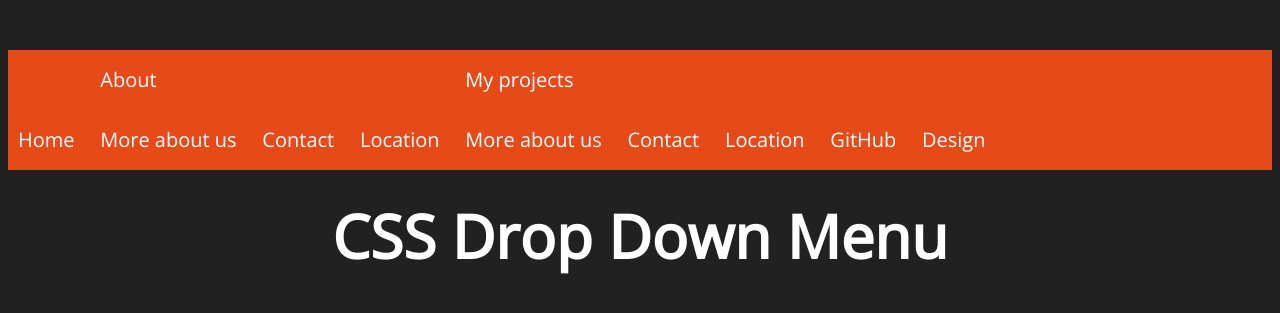
Repository: alikahwaji/HTML-CSS-workshop
Page: index.html
An editor plug-in stored every save of this project. The page is shown before and after the next save, followed by the edit.
The browser window is 1280 px wide. The pictures show the whole page.

Above is the page before, as saved 2019-10-29 12:05:38.

### index.html
<!DOCTYPE html>
<!--[if lt IE 7]>      <html class="no-js lt-ie9 lt-ie8 lt-ie7"> <![endif]-->
<!--[if IE 7]>         <html class="no-js lt-ie9 lt-ie8"> <![endif]-->
<!--[if IE 8]>         <html class="no-js lt-ie9"> <![endif]-->
<!--[if gt IE 8]><!--> <html class="no-js"> <!--<![endif]-->
    <head>
        <meta charset="utf-8">
        <meta http-equiv="X-UA-Compatible" content="IE=edge">
        <title></title>
        <meta name="description" content="">
        <meta name="viewport" content="width=device-width, initial-scale=1">
        <link rel="stylesheet" href="index.css">
    </head>
    <body>
        <div id="container">
            <nav>
                <ul>
                    <li><a href="#">Home</a></li>
                    <li><a href="#">About</a>
                        <!-- About dropdown list  -->
                        <ul>
                            <li><a href="#">More about us</a></li>
                            <li><a href="#">Contact</a></li>
                            <li><a href="#">Location</a></li>
                        </ul>
                    </li>
                    <li><a href="#">My projects</a>
                        <!-- My projects dropdown list -->
                        <ul>
                                <li><a href="#">More about us</a></li>
                                <li><a href="#">Contact</a></li>
                                <li><a href="#">Location</a></li>
                        </ul>
                    </li>
                    <li><a href="#">GitHub</a></li>
                    <li><a href="#">Design</a></li>
                </ul>
            </nav>
            <h1>CSS Drop Down Menu</h1>
        </div>
    </body>
</html>

### index.css
@import url(https://fonts.googleapis.com/css?family=Open+Sans);
@import url(https://fonts.googleapis.com/css?family=Bree+Serif);

body{
    background: #212121;
    font-size: 22px;
    line-height: 32px;
    color: #ffffff;
    word-wrap: break-word !important;
    font-family: "Open Sans", sans-serif;
}

h1 {
    font-size: 60px;
    text-align: center;
    color: #fff;
}

a {
    color: #fff;
}

#container{
    margin: 0 auto;
}

nav {
    margin: 50px 0;
    background-color: #e64a19;
}

nav ul {
    padding: 0;
    margin: 0;
    list-style: none;
    position: relative;
}

nav ul li {
    display: inline-block;
    background-color: #e64a19;
}

nav a {
    display: block;
    padding: 0 10px;
    color: #fff;
    font-size: 20px;
    line-height: 60px;
    text-decoration: none;
}

nav a:hover{
    background-color: #000000;
}

After the next save:
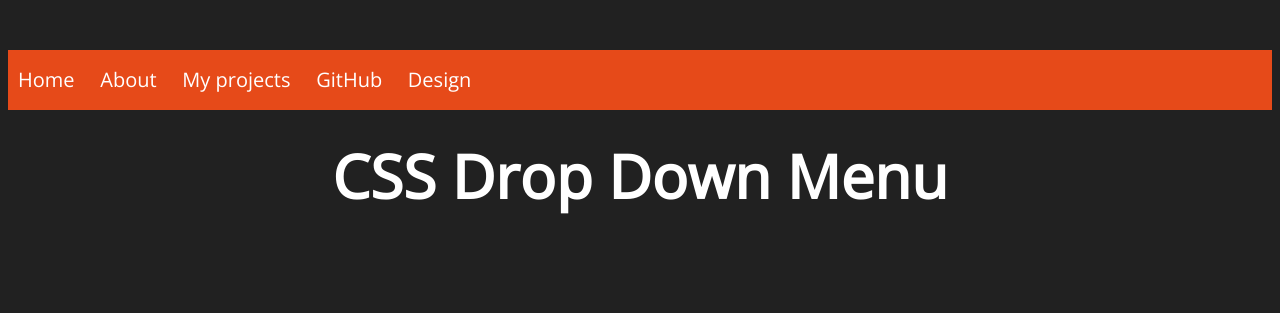
Saved 104 s later.
--- a/index.css
+++ b/index.css
@@ -53,3 +53,9 @@ nav a {
 nav a:hover{
     background-color: #000000;
 }
+
+nav ul ul {
+    display: none;
+    position: absolute;
+    top: 60px;
+}
